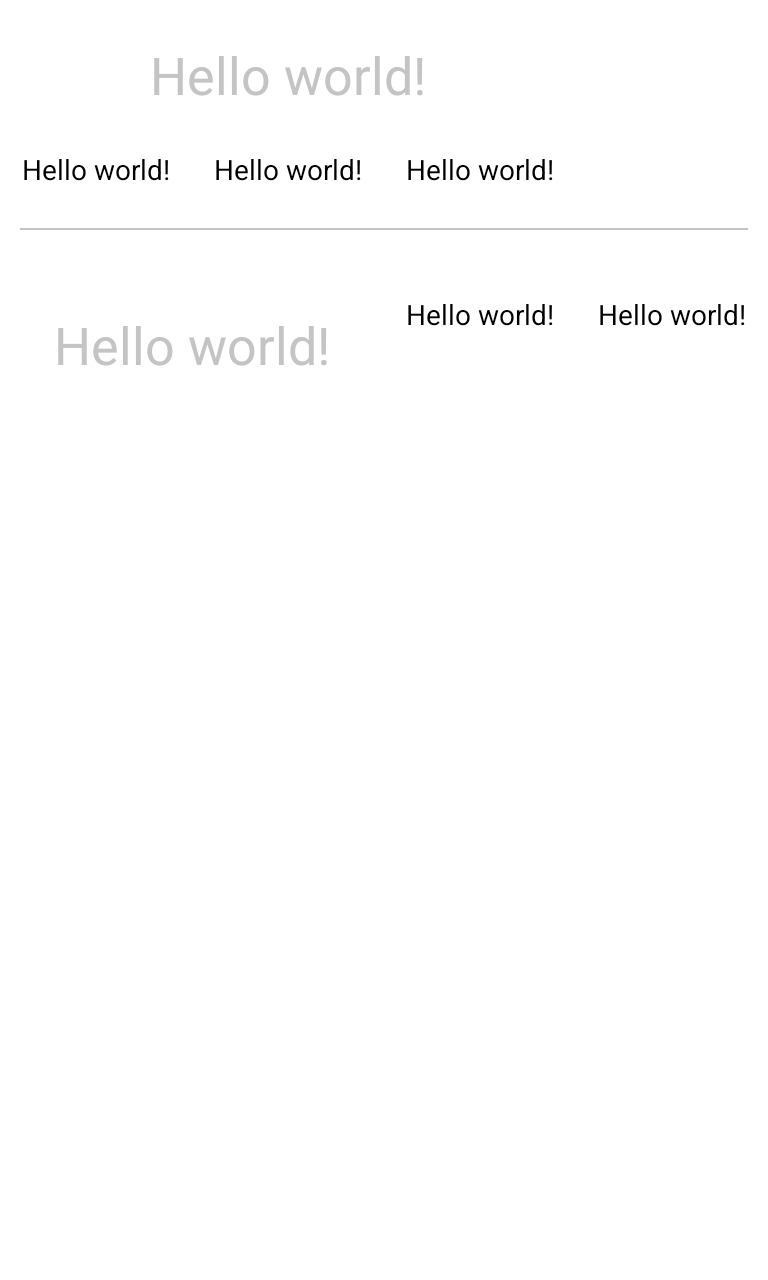
Repository: colincove/IAT381-Android
Layout: ColinCove_Assignment02/res/layout/activity_sensor_info.xml
These files come from the project's save history. The layout is drawn as it stood at one moment and after the next save; the edit follows.
It is drawn on a 768 x 1280 px phone screen (xhdpi) without system bars, with theme AppTheme; the app's code is not run.

Above is the layout before, as saved 2013-10-04 19:04:19.

After the next save:
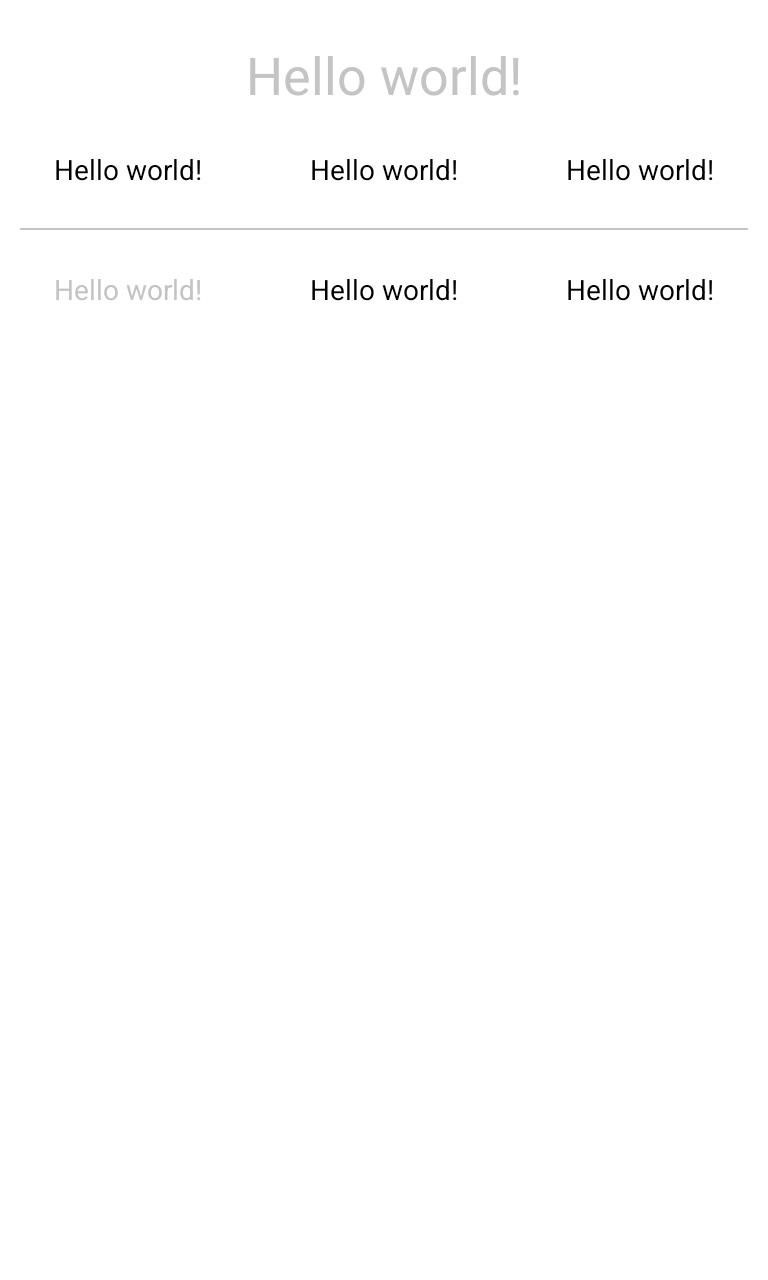
Saved 24 s later.
--- a/ColinCove_Assignment02/res/layout/activity_sensor_info.xml
+++ b/ColinCove_Assignment02/res/layout/activity_sensor_info.xml
@@ -64,16 +64,13 @@
         android:layout_width="fill_parent"
         android:layout_height="wrap_content" >
 
-   <TextView
+        <TextView
             android:layout_width="wrap_content"
             android:layout_height="wrap_content"
-            android:layout_marginBottom="20dip"
-            android:layout_marginTop="20dip"
-            android:layout_span="2"
+            android:layout_span="1"
             android:gravity="center"
             android:text="@string/hello_world"
-            android:textColor="@color/low_contrast"
-            android:textSize="26sp" />
+            android:textColor="@color/low_contrast" />
 
         <TextView
             android:layout_width="wrap_content"
